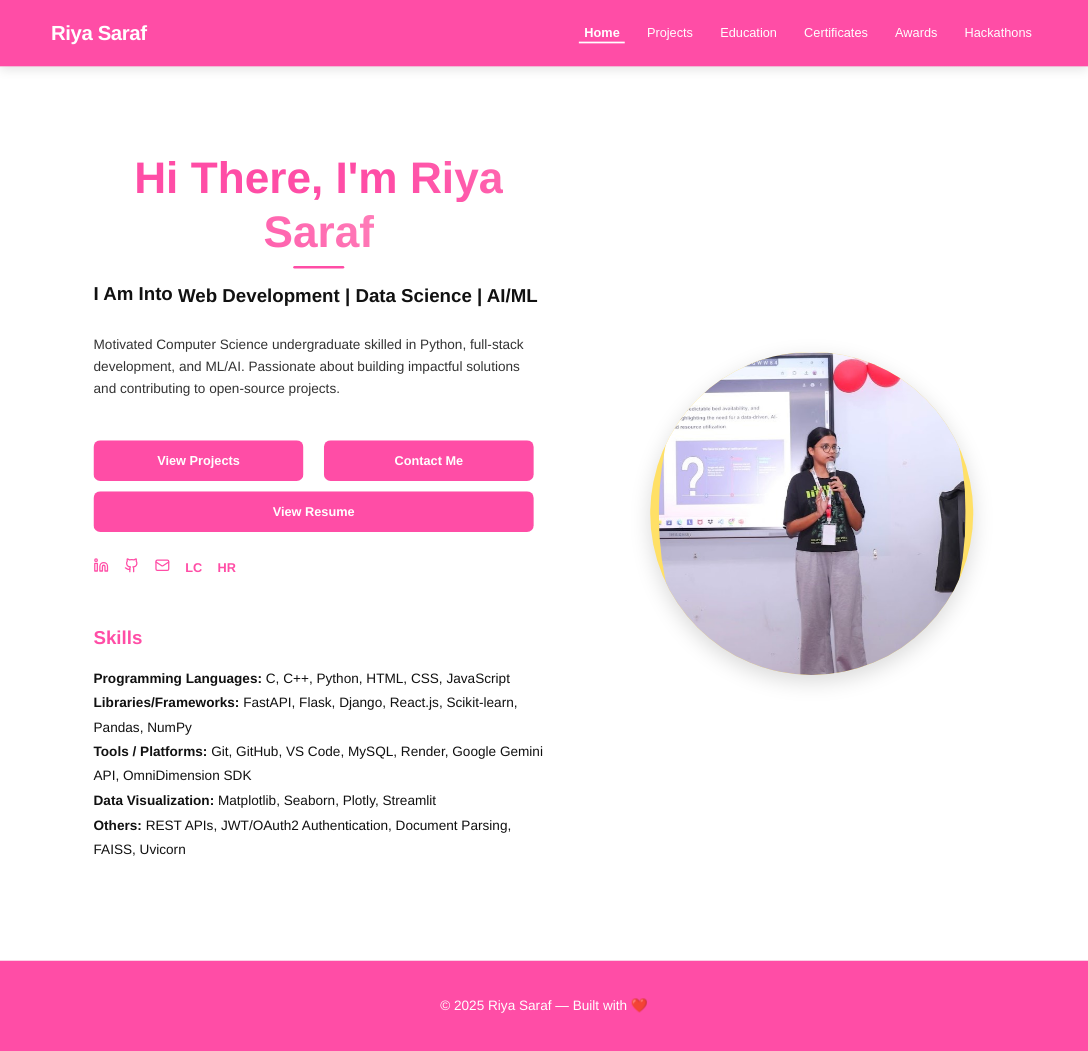
Repository: riyaaaa19/riya-portfolio
Page: /
An editor plug-in stored every save of this project. The page is shown before and after the next save, followed by the edit.
The browser window is 1280 px wide. The pictures show the whole page, at 85% of full size.
The project was rebuilt for these pictures with package versions that can differ from the ones it lists, and the page was loaded fresh each time. Also part of the build but not shown: src/components/TimelineCard.js.

Above is the page before, as saved 2025-09-14 14:47:26.

### src/App.js
import React, { useState } from "react";
import { Mail, Github, Linkedin } from "lucide-react";
import TimelineCard from "./components/TimelineCard";
import "./styles.css";

export default function RiyaSarafPortfolio() {
  const [activePage, setActivePage] = useState("home");

  const projects = [
    {
      title: "Leave Management System",
      tech: "React.js, FastAPI, PostgreSQL, JWT",
      desc: "Full-stack app for managing employee leave requests with role-based access and JWT authentication.",
      github: "https://github.com/riyaaaa19/leave-management-system",
      img: "/images/leave.png",
    },
    {
      title: "Genomic Analysis Web Application",
      tech: "Python, Django, Scikit-learn, Pandas",
      desc: "Django app for genomic data analysis with ML model selection, preprocessing and visualizations.",
      github: "https://github.com/riyaaaa19/genomic-analysis-django",
      img: "/images/genomics.png",
    },
    {
      title: "CyberSaarthi – Phishing & Invoice Fraud Detection",
      tech: "FastAPI, React.js, SQLite",
      desc: "ML + rule-based backend for phishing and invoice fraud detection with document parsing and structured reports.",
      github: "https://github.com/riyaaaa19/CyberSaarthi",
      img: "/images/cyber.png",
    },
    {
      title: "SheCare AI",
      tech: "FastAPI, React, SQLite, OmniDimension API",
      desc: "Health & wellness assistant for women with cycle tracking, journaling, PCOS risk check, and AI chatbot.",
      github: "https://github.com/sonamnimje/SheCare-AI",
      img: "/images/shecare.png",
    },
    {
      title: "SmartGrocery — AI-Powered Grocery & Recipe Assistant",
      tech: "Flask, Scikit-learn, Bootstrap, CSS",
      desc: "Smart Grocery Web app for recipe suggestions, nutrition tracking, inventory management, and shopping lists.",
      github: "https://github.com/arnavv19/Smart-Grocery-AI",
      img: "/images/grocery.png",
    },
  ];

  const education = [
    {
      school: "BADERIA GLOBAL INSTITUTE OF ENGINEERING AND MANAGEMENT",
      degree: "B.Tech CSE (Data Science)",
      year: "2022 – 2026",
      score: "CGPA: 8.28",
      img: "/images/graduation.png",
    },
    {
      school: "Nachiketa Higher Secondary School, Jabalpur",
      degree: "Class 12th • PCM • State Board",
      year: "2022",
      score: "Percentage: 73.4%",
      img: "/images/school.png",
    },
    {
      school: "Nachiketa Higher Secondary School, Jabalpur",
      degree: "Class 10th • State Board",
      year: "2020",
      score: "Percentage: 92%",
      img: "/images/school.png",
    },
  ];

  const certificates = [
    { title: "PCAP: Programming Essentials in Python", img: "/images/certificate1.jpg" },
    { title: "Introduction to Data Science — Cisco", img: "/images/certificate2.jpg" },
    { title: "Accenture Data Analytics Simulation", img: "/images/certificate3.jpg" },
    { title: "Global Entrepreneur Summit — IIT Kharagpur", img: "/images/certificate4.jpg" },
    { title: "Artificial Intelligence Fundamentals — IBM SkillsBuild", img: "/images/certificate5.jpg" },
    { title: "Cybersecurity Essentials — Cisco", img: "/images/certificate6.jpg" },
    { title: "Data Analytics — IBM Cognos", img: "/images/certificate7.jpg" },
  ];

  const awards = [
    { title: "Branch Topper — 2023, 2024, 2025", img: "/images/award1.jpg" },
    { title: "Best Girls Team Award — Hack SRIT 2025", img: "/images/award2.jpg" },
    { title: "1st Runner-Up — Ecopreneur Hackathon", img: "/images/award3.jpg" },
    { title: "3rd Position — Slide The Change at IEEE SHE ASPIRE 2.0", img: "/images/award4.jpg" },
  ];

  const hackathons = [
    {
      title: "Ecopreneur Hackathon",
      desc: "Hosted by Baderia Global Institute of Engineering and Management",
      img: "/images/hackathon1.jpg",
    },
    {
      title: "36-hour HackSRIT Hackathon",
      desc: "Hosted by Shri Ram Institute of technology",
      img: "/images/hackathon2.jpg",
    },
    {
      title: "Operation Eclipse – Stealth Spacecraft Design & Architecture",
      desc: "Competition at IIITDM Jabalpur",
      img: "/images/hackathon3.jpg",
    },
    {
      title: "Global Entrepreneurship Summit 2025",
      desc: "IIT Kharagpur",
      img: "/images/hackathon4.jpg",
    },
    {
      title: "All India Women only Hackathon 2023",
      desc: "Hosted by Shooting stars foundation",
      img: "/images/hackathon5.jpg",
    },
  ];

  return (
    <div>
      <header>
        <h1>Riya Saraf</h1>
        <nav>
          {["home", "projects", "education", "certificates", "awards", "hackathons"].map((page) => (
            <button
              key={page}
              onClick={() => setActivePage(page)}
              className={activePage === page ? "active" : ""}
            >
              {page.charAt(0).toUpperCase() + page.slice(1)}
            </button>
          ))}
        </nav>
      </header>

      {activePage === "home" && (
        <section className="hero">
          <div className="particle-bg">
            <span></span><span></span><span></span><span></span><span></span>
          </div>

          <div className="hero-text">
            <h2>
              Hi There, I'm <span className="highlight">Riya Saraf</span>
            </h2>
            <h3>
              I Am Into{" "}
              <span className="typing-container">
                <span className="typing">Web Development | Data Science | AI/ML</span>
              </span>
            </h3>
            <p>
              Motivated Computer Science undergraduate skilled in Python,
              full-stack development, and ML/AI. Passionate about building
              impactful solutions and contributing to open-source projects.
            </p>

            {/* Buttons */}
            <div className="hero-buttons">
              <button className="cta" onClick={() => setActivePage("projects")}>View Projects</button>
              <a
                href="https://mail.google.com/mail/?view=cm&fs=1&to=riyasaraf19@gmail.com"
                target="_blank"
                rel="noopener noreferrer"
                className="cta"
              >
                Contact Me
              </a>
              <a
                href={process.env.PUBLIC_URL + "/images/resume.pdf"}
                target="_blank"
                rel="noopener noreferrer"
                className="cta"
              >
                View Resume
              </a>
            </div>

            {/* Social Links */}
            <div className="social-icons">
              <a href="https://linkedin.com/in/riya-saraf-9223a9257" target="_blank" rel="noreferrer"><Linkedin size={18} /></a>
              <a href="https://github.com/riyaaaa19" target="_blank" rel="noreferrer"><Github size={18} /></a>
              <a href="mailto:riyasaraf19@gmail.com"><Mail size={18} /></a>
              <a href="https://leetcode.com/u/riyaaa19/" target="_blank" rel="noreferrer">LC</a>
              <a href="https://www.hackerrank.com/profile/riyasaraf19" target="_blank" rel="noreferrer">HR</a>
            </div>

            {/* ✅ Skills Section */}
            <div className="skills-section" style={{ marginTop: "40px" }}>
              <h3 style={{ color: "#ff4da6", marginBottom: "15px" }}>Skills</h3>
              <ul style={{ listStyle: "none", padding: 0, lineHeight: "1.8" }}>
                <li><strong>Programming Languages:</strong> C, C++, Python, HTML, CSS, JavaScript</li>
                <li><strong>Libraries/Frameworks:</strong> FastAPI, Flask, Django, React.js, Scikit-learn, Pandas, NumPy</li>
                <li><strong>Tools / Platforms:</strong> Git, GitHub, VS Code, MySQL, Render, Google Gemini API, OmniDimension SDK</li>
                <li><strong>Data Visualization:</strong> Matplotlib, Seaborn, Plotly, Streamlit</li>
                <li><strong>Others:</strong> REST APIs, JWT/OAuth2 Authentication, Document Parsing, FAISS, Uvicorn</li>
              </ul>
            </div>
          </div>

          <div className="hero-img">
            <div className="avatar-circle">
              <img src="/images/riya-photo.png" alt="Riya Saraf" />
            </div>
          </div>
        </section>
      )}

      {/* Other Sections */}
      {activePage === "projects" && (
        <section>
          <h2>Projects</h2>
          <div className="grid">
            {projects.map((p, i) => (
              <TimelineCard
                key={i}
                title={p.title}
                subtitle={p.tech}
                img={p.img}
                score={<span style={{ color: "#555" }}>{p.desc}</span>}
                github={p.github}
                live={p.live}
                type="project"
              />
            ))}
          </div>
        </section>
      )}

      {activePage === "education" && (
        <section>
          <h2>Education</h2>
          <div className="timeline">
            {education.map((e, i) => (
              <TimelineCard
                key={i}
                title={e.school}
                subtitle={e.degree}
                year={e.year}
                score={e.score}
                img={e.img}
                type="education"
              />
            ))}
          </div>
        </section>
      )}

      {activePage === "certificates" && (
        <section>
          <h2>Certificates</h2>
          <div className="grid">
            {certificates.map((c, i) => (
              <TimelineCard key={i} title={c.title} img={c.img} type="certificate" />
            ))}
          </div>
        </section>
      )}

      {activePage === "awards" && (
        <section>
          <h2>Awards</h2>
          <div className="grid">
            {awards.map((a, i) => (
              <TimelineCard key={i} title={a.title} img={a.img} type="award" />
            ))}
          </div>
        </section>
      )}

      {activePage === "hackathons" && (
        <section>
          <h2>Hackathons & Conferences</h2>
          <div className="grid">
            {hackathons.map((h, i) => (
              <TimelineCard key={i} title={h.title} subtitle={h.desc} img={h.img} type="certificate" />
            ))}
          </div>
        </section>
      )}

      <footer>© {new Date().getFullYear()} Riya Saraf — Built with ❤️</footer>
    </div>
  );
}

### src/styles.css
/* ===== General Styling ===== */
body {
    margin: 0;
    font-family: 'Helvetica Neue', Arial, sans-serif;
    background: linear-gradient(135deg, #fdfbfb 0%, #ebedee 100%);
    color: #111;
    line-height: 1.6;
    scroll-behavior: smooth;
}

/* ===== Header ===== */
header {
    position: sticky;
    top: 0;
    background: #ff4da6;
    padding: 20px 60px;
    display: flex;
    justify-content: space-between;
    align-items: center;
    z-index: 100;
    box-shadow: 0 4px 12px rgba(0, 0, 0, 0.1);
    animation: slideDown 0.8s ease-in-out;
}

header h1 {
    margin: 0;
    font-size: 24px;
    font-weight: 700;
    color: #fff;
    letter-spacing: -0.5px;
    transition: transform 0.3s ease;
}

header h1:hover {
    transform: scale(1.08);
}

nav button {
    background: none;
    border: none;
    margin-left: 20px;
    font-size: 15px;
    color: #fff;
    cursor: pointer;
    transition: color 0.3s, border-bottom 0.3s, transform 0.3s;
}

nav button.active {
    font-weight: 600;
    border-bottom: 2px solid #fff;
    padding-bottom: 2px;
}

nav button:hover {
    color: #ffe3f0;
    transform: translateY(-2px);
}

/* ===== Sections ===== */
section {
    padding: 80px 60px;
    background: white;
    animation: fadeIn 1s ease-in;
}

section h2 {
    font-size: 32px;
    font-weight: 700;
    margin-bottom: 25px;
    color: #ff4da6;
    text-align: center;
    position: relative;
}

section h2::after {
    content: "";
    width: 60px;
    height: 3px;
    background: #ff4da6;
    display: block;
    margin: 10px auto 0;
    border-radius: 2px;
    animation: expand 0.8s ease-in-out;
}

/* ===== Hero Section ===== */
.hero {
    display: flex;
    flex-wrap: wrap;
    justify-content: space-between;
    align-items: center;
    gap: 50px;
    padding: 100px 60px;
    min-height: 80vh;
    position: relative;
    overflow: hidden;
}

.hero-text {
    flex: 1;
    max-width: 600px;
    display: flex;
    flex-direction: column;
    gap: 12px;
}

.hero-text h2 {
    font-size: 52px;
    font-weight: 800;
    margin: 0;
    line-height: 1.2;
    color: #ff4da6;
}

.hero-text .highlight {
    background: linear-gradient(45deg, #ff4da6, #ff7eb9);
    -webkit-background-clip: text;
    -moz-background-clip: text;
    background-clip: text;
    -webkit-text-fill-color: transparent;
    color: transparent;
}

.hero-text h3 {
    font-size: 22px;
    font-weight: 600;
    margin: 0;
    color: #111;
}

.hero-text p {
    max-width: 520px;
    font-size: 16px;
    color: #333;
    line-height: 1.6;
}

/* ===== Typing Effect Fix ===== */
.typing-container {
    display: inline-block;
    min-width: 300px;
    white-space: nowrap;
}

.typing {
    display: inline-block;
    border-right: 2px solid #ff4da6;
    overflow: hidden;
    vertical-align: middle;
    animation: typing 2.5s steps(30, end) forwards, blink-caret 0.75s step-end infinite;
}

@keyframes typing {
    from { width: 0; }
    to { width: 100%; }
}

@keyframes blink-caret {
    0%, 100% { border-color: transparent; }
    50% { border-color: #ff4da6; }
}

/* ===== Avatar ===== */
.hero-img {
    flex: 1;
    display: flex;
    justify-content: center;
    align-items: center;
}

.avatar-circle {
    width: 380px;
    height: 380px;
    border-radius: 50%;
    background: #ffe066;
    display: flex;
    justify-content: center;
    align-items: center;
    box-shadow: 0 8px 25px rgba(0,0,0,0.15);
    overflow: hidden;
    transition: transform 0.4s ease, box-shadow 0.4s ease;
}

.avatar-circle img {
    width: 95%;
    height: auto;
    border-radius: 50%;
    object-fit: cover;
}

.avatar-circle:hover {
    transform: scale(1.05);
    box-shadow: 0 10px 30px rgba(255, 77, 166, 0.3);
}

/* ===== Buttons ===== */
button.cta,
button.outline {
    margin-right: 12px;
    padding: 10px 22px;
    width: 160px;
    font-size: 15px;
    font-weight: 600;
    border-radius: 8px;
    border: 2px solid transparent;
    cursor: pointer;
    transition: all 0.25s ease;
}
.hero-buttons {
  display: flex;
  gap: 12px;
  margin-top: 20px;
  flex-wrap: wrap;
}

.hero-buttons button.cta,
.hero-buttons a.cta {
  flex: 1;             /* ✅ Each takes equal width */
  min-width: 140px;    /* ✅ Minimum width for smaller screens */
  text-align: center;
}

button.cta {
    background: #ff4da6;
    color: white;
}

button.cta:hover {
    background: #e04494;
}

button.outline {
    background: transparent;
    color: #ff4da6;
    border: 2px solid #ff4da6;
}

button.outline:hover {
    background: #ff4da6;
    color: white;
}
/* Make <a class="cta"> look like button */
a.cta {
    display: inline-block;
    margin-right: 12px;
    padding: 10px 22px;
    font-size: 15px;
    font-weight: 600;
    border-radius: 8px;
    border: 2px solid transparent;
    cursor: pointer;
    transition: all 0.25s ease;
    background: #ff4da6;
    color: white;
    text-decoration: none;
    text-align: center;
}

a.cta:hover {
    background: #e04494;
}


/* ===== Social Icons ===== */
.social-icons {
    display: flex;
    gap: 18px;
    margin-top: 18px;
}

.social-icons a {
    color: #ff4da6;
    transition: color 0.25s;
    font-weight: bold;
    font-size: 15px;
    text-decoration: none;
}

.social-icons a:hover {
    color: #e04494;
}

/* ===== Footer ===== */
footer {
    padding: 40px;
    text-align: center;
    background: #ff4da6;
    color: white;
    font-weight: 500;
}

/* ===== Grid for Projects, Certificates, Awards ===== */
.grid {
    display: grid;
    gap: 25px;
    grid-template-columns: repeat(3, 1fr);
}
@media (max-width: 900px) {
    .grid {
        grid-template-columns: repeat(2, 1fr);
    }
}

@media (max-width: 600px) {
    .grid {
        grid-template-columns: 1fr;
    }
}

/* ===== Timeline for Education ===== */
.timeline {
    position: relative;
    margin-left: 20px;
    padding-left: 40px;
    border-left: 3px solid #ff4da6;
}

.timeline-card {
    position: relative;
    margin-bottom: 40px;
    padding: 20px 20px 20px 40px;
    background: #fff;
    border-radius: 12px;
    box-shadow: 0 4px 12px rgba(0,0,0,0.08);
    transition: transform 0.3s, box-shadow 0.3s;
}

.timeline-card:hover {
    transform: scale(1.03);
    box-shadow: 0 6px 18px rgba(0,0,0,0.15);
}

.timeline-card span {
    position: absolute;
    left: -28px;
    top: 20px;
    width: 20px;
    height: 20px;
    border-radius: 50%;
    background: #ff4da6;
    color: #fff;
    display: flex;
    justify-content: center;
    align-items: center;
    font-size: 14px;
}

/* ===== Animations ===== */
@keyframes fadeIn {
    0% { opacity: 0; transform: translateY(20px); }
    100% { opacity: 1; transform: translateY(0); }
}

@keyframes slideDown {
    0% { transform: translateY(-100%); }
    100% { transform: translateY(0); }
}

@keyframes expand {
    0% { width: 0; }
    100% { width: 60px; }
}

/* ===== Responsive ===== */
@media (max-width: 900px) {
    .hero {
        flex-direction: column;
        text-align: center;
    }
    .hero-img {
        margin-top: 30px;
    }
}
/* ===== Timeline Styling for Education (Right-side Images) ===== */
.timeline {
    position: relative;
    padding-right: 60px; /* space for images on the right */
    margin-left: 20px;
    border-left: 3px solid #ff4da6;
}

.timeline .timeline-card {
    position: relative;
    margin-bottom: 30px;
    padding: 15px 20px;
    background: #fff;
    border-radius: 12px;
    box-shadow: 0 4px 12px rgba(0,0,0,0.08);
    transition: transform 0.2s;
}

.timeline .timeline-card:hover {
    transform: scale(1.03);
}

.timeline .timeline-card img {
    width: 50px;
    height: 50px;
    object-fit: cover;
    border-radius: 50%;
    position: absolute;
    right: -65px; /* move image to the right of the card */
    top: 15px;
    box-shadow: 0 3px 10px rgba(0,0,0,0.15);
}

.timeline .timeline-card h4 {
    margin: 0 0 6px 0;
    font-size: 16px;
    font-weight: 600;
}

.timeline .timeline-card p {
    margin: 2px 0;
    font-size: 14px;
    color: #555;
}

Loaded but not shown: public/index.html (common file); src/index.js (common file)

After the next save:
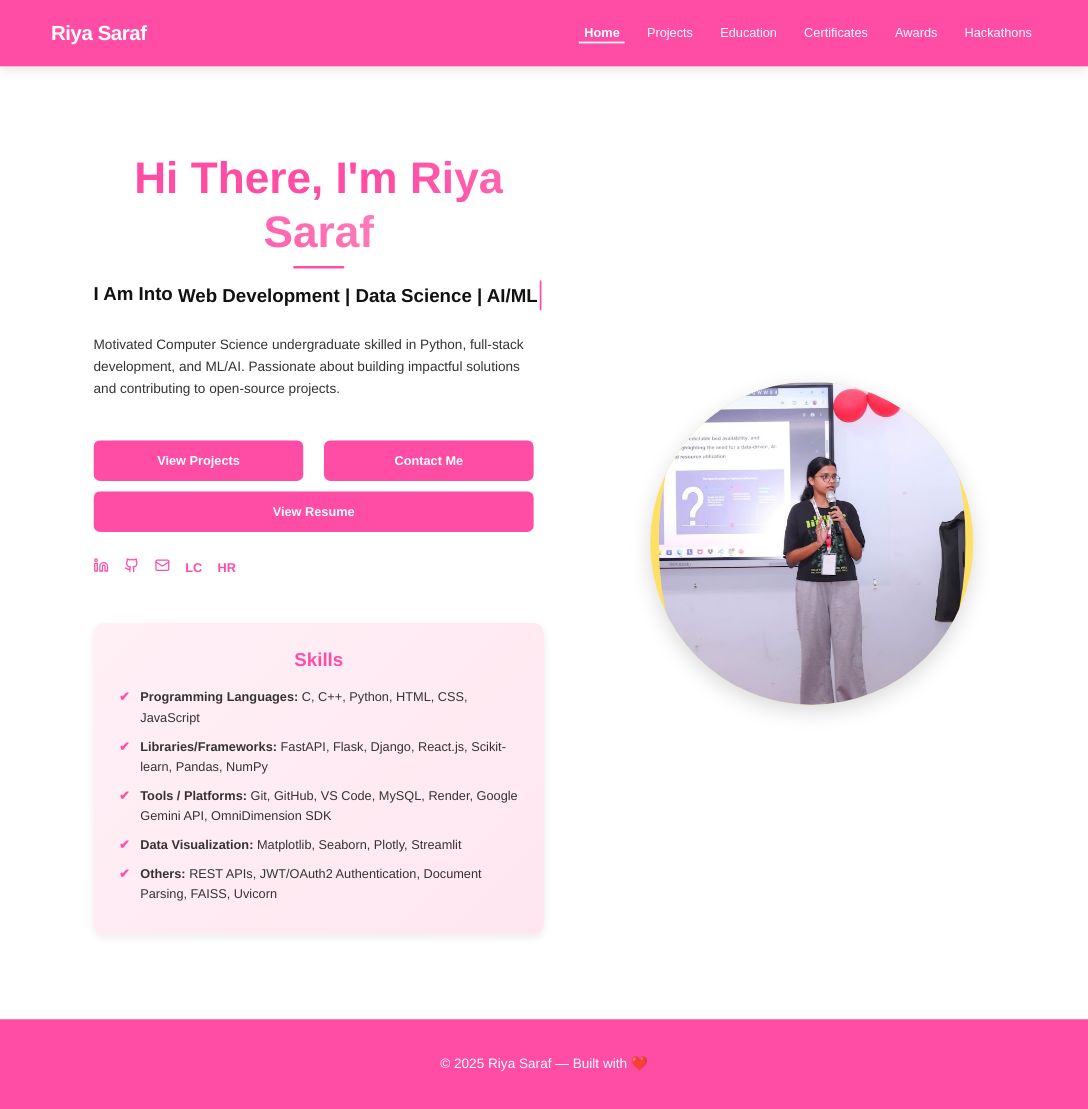
Saved 51 s later.
--- a/src/styles.css
+++ b/src/styles.css
@@ -415,3 +415,43 @@ footer {
     font-size: 14px;
     color: #555;
 }
+/* ===== Skills Section ===== */
+.skills-section {
+  margin-top: 40px;
+  padding: 25px 30px;
+  background: linear-gradient(135deg, #fff0f6 0%, #ffe6f0 100%);
+  border-radius: 12px;
+  box-shadow: 0 4px 10px rgba(0,0,0,0.08);
+  animation: fadeIn 1s ease-in-out;
+}
+
+.skills-section h3 {
+  font-size: 22px;
+  font-weight: 700;
+  color: #ff4da6;
+  margin-bottom: 20px;
+  text-align: center;
+}
+
+.skills-section ul {
+  list-style: none;
+  padding: 0;
+  margin: 0;
+}
+
+.skills-section li {
+  font-size: 15px;
+  color: #333;
+  margin-bottom: 10px;
+  padding-left: 25px;
+  position: relative;
+  line-height: 1.6;
+}
+
+.skills-section li::before {
+  content: "✔";
+  position: absolute;
+  left: 0;
+  color: #ff4da6;
+  font-weight: bold;
+}
